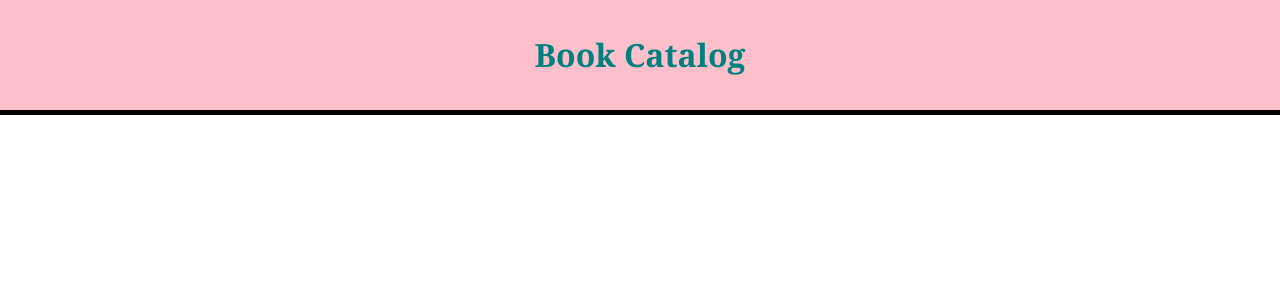
Repository: primcharlin/COMP3170_Lab_Assignment_Components
Page: /
The author's editor kept a copy of each file at every save. The page is drawn from the files as they stood at one save, then again after the next save.
The browser window is 1280 px wide. The pictures show the whole page.
The project was rebuilt for these pictures with package versions that can differ from the ones it lists, and the page was loaded fresh each time. Also part of the build but not shown: vite.config.js.

Above is the page before, as saved 2025-09-12 02:19:13.

After the next save:
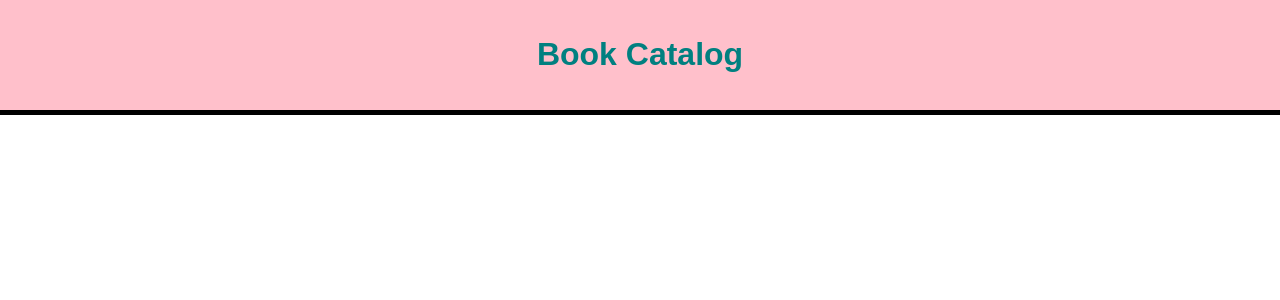
Saved 59 s later.
--- a/src/App.css
+++ b/src/App.css
@@ -19,7 +19,7 @@ div {
     border-bottom: 5px solid black;
     box-sizing: border-box;
     text-align: center;
-    font-family: Georgia, "Times New Roman", Times, serif;
+    font-family: Arial, Helvetica, sans-serif;
 }
 
 h1 {
